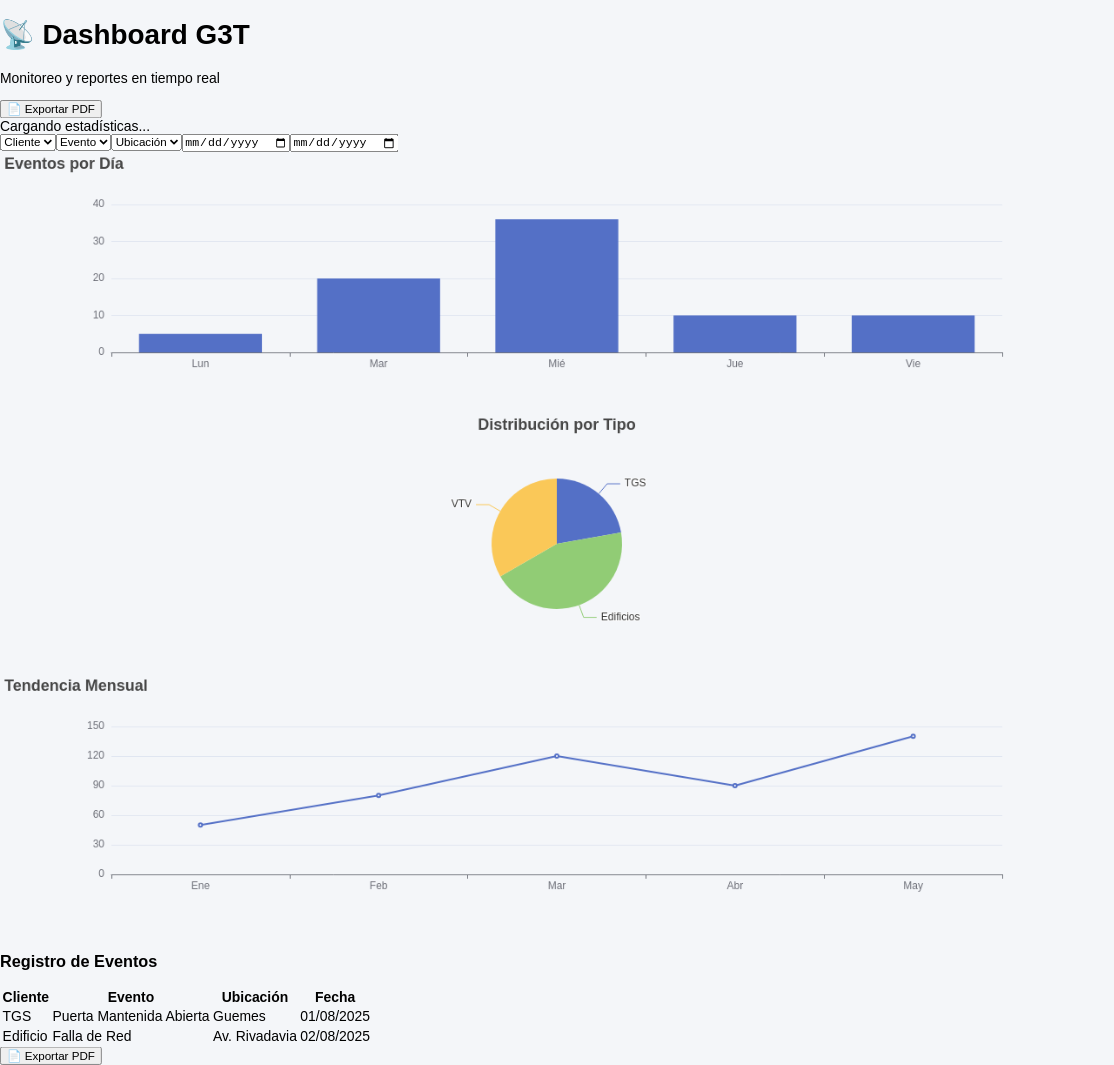
Repository: BBrian11/reportes
Page: /
These files come from the project's save history. The page is drawn as it stood at one moment and after the next save; the edit follows.
The browser window is 1280 px wide. The pictures show the whole page, at 87% of full size.
The project was rebuilt for these pictures with package versions that can differ from the ones it lists, and the page was loaded fresh each time. Also part of the build but not shown: vite.config.js, src/styles/form.css.

Above is the page before, as saved 2025-07-29 16:20:30.

After the next save:
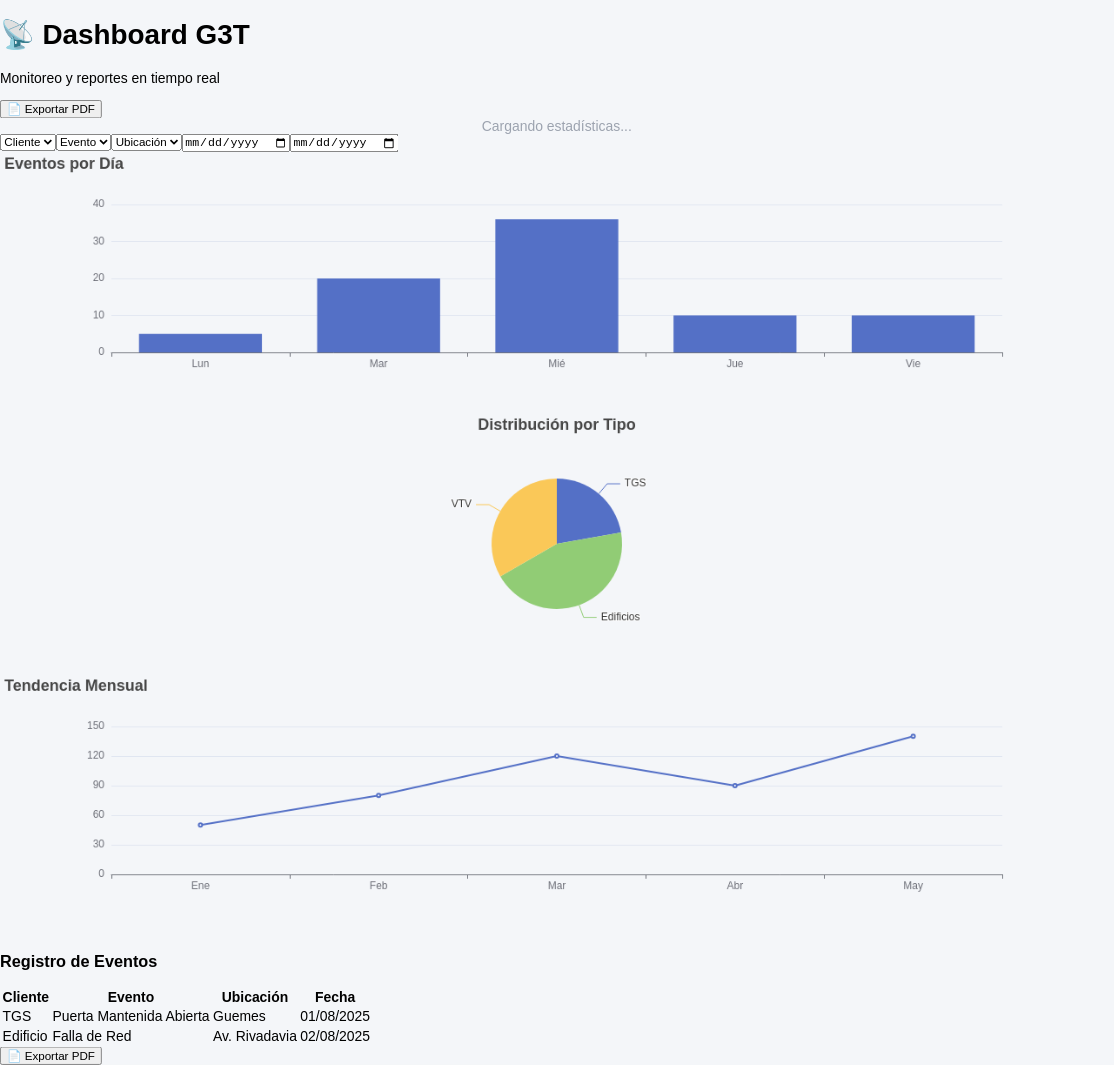
Saved 10 s later.
--- a/src/components/Dashboard/StatsCards.jsx
+++ b/src/components/Dashboard/StatsCards.jsx
@@ -1,11 +1,10 @@
 import React from "react";
+import "../../styles/statscards.css"; // Nuevo CSS
 
 export default function StatsCards({ eventos }) {
   if (!eventos || eventos.length === 0) {
     return (
-      <div className="flex justify-center items-center text-gray-500 mb-6 animate-pulse">
-        Cargando estadísticas...
-      </div>
+      <div className="loading-message">Cargando estadísticas...</div>
     );
   }
 
@@ -19,7 +18,6 @@
 
   const eventoMasFrecuente = Object.entries(eventCount).sort((a, b) => b[1] - a[1])[0][0];
   const ubicacionMasFrecuente = Object.entries(locationCount).sort((a, b) => b[1] - a[1])[0][0];
-
   const eventosCriticosLista = ["alarma", "puerta forzada", "coacción", "pánico", "intrusión", "robo"];
   const eventoCritico =
     eventos.find((e) =>
@@ -29,22 +27,20 @@
     )?.evento || "Sin Evento Crítico";
 
   const stats = [
-    { icon: "📊", title: "Evento más frecuente", value: eventoMasFrecuente, color: "text-blue-600 bg-blue-100" },
-    { icon: "📍", title: "Ubicación con más eventos", value: ubicacionMasFrecuente, color: "text-green-600 bg-green-100" },
-    { icon: "⚠", title: "Evento crítico detectado", value: eventoCritico, color: "text-red-600 bg-red-100" },
+    { icon: "📊", title: "Evento más frecuente", value: eventoMasFrecuente },
+    { icon: "📍", title: "Ubicación con más eventos", value: ubicacionMasFrecuente },
+    { icon: "⚠", title: "Evento crítico detectado", value: eventoCritico },
   ];
 
   return (
-    <div className="grid grid-cols-1 md:grid-cols-3 gap-6 mb-6">
+    <div className="stats-grid">
       {stats.map((stat, index) => (
-        <div key={index} className="bg-white rounded-xl shadow hover:shadow-lg transition p-6">
-          <div className="flex items-center gap-4 mb-3">
-            <div className={`w-12 h-12 flex items-center justify-center rounded-full ${stat.color}`}>
-              <span className="text-2xl">{stat.icon}</span>
-            </div>
-            <h4 className="text-gray-700 font-semibold">{stat.title}</h4>
+        <div key={index} className="stats-card">
+          <div className="stats-icon">{stat.icon}</div>
+          <div>
+            <p className="stats-title">{stat.title}</p>
+            <h2 className="stats-value">{stat.value}</h2>
           </div>
-          <h2 className="text-xl font-bold text-gray-900">{stat.value}</h2>
         </div>
       ))}
     </div>

After the 2 saves that followed:
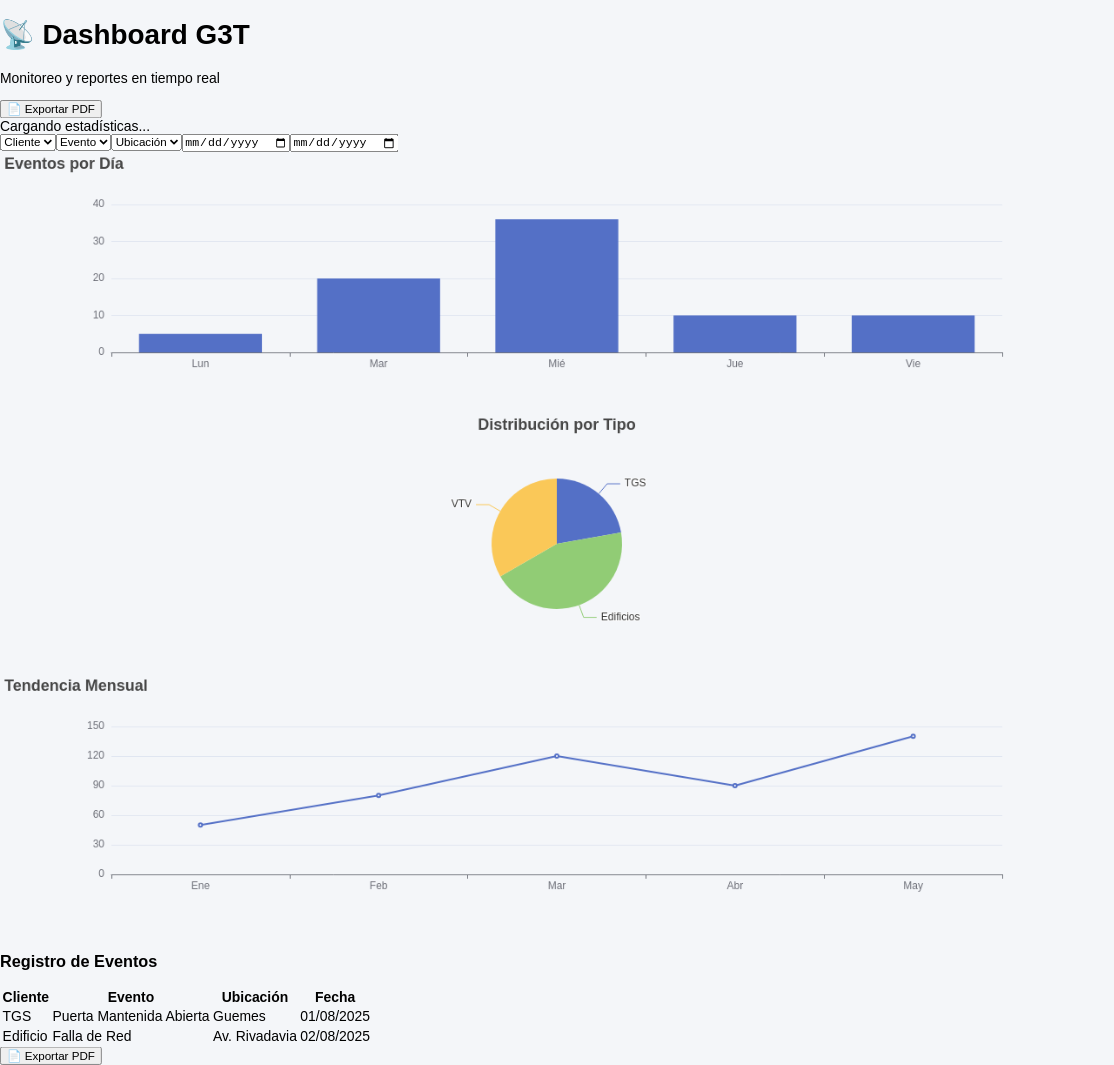
The 2 saves are shown as one change because 1 left the picture as it was.
The last was saved 3 min 51 s later.
--- a/src/components/Dashboard/StatsCards.jsx
+++ b/src/components/Dashboard/StatsCards.jsx
@@ -1,11 +1,9 @@
 import React from "react";
-import "../../styles/statscards.css"; // Nuevo CSS
+import "../../styles/statscards.css";
 
 export default function StatsCards({ eventos }) {
   if (!eventos || eventos.length === 0) {
-    return (
-      <div className="loading-message">Cargando estadísticas...</div>
-    );
+    return <div className="loading-message">Cargando estadísticas...</div>;
   }
 
   const eventCount = {};
@@ -18,6 +16,7 @@
 
   const eventoMasFrecuente = Object.entries(eventCount).sort((a, b) => b[1] - a[1])[0][0];
   const ubicacionMasFrecuente = Object.entries(locationCount).sort((a, b) => b[1] - a[1])[0][0];
+
   const eventosCriticosLista = ["alarma", "puerta forzada", "coacción", "pánico", "intrusión", "robo"];
   const eventoCritico =
     eventos.find((e) =>
--- a/src/styles/statscards.css
+++ b/src/styles/statscards.css
@@ -1,13 +1,19 @@
-.stats-grid {
+.section-title {
+    font-size: 1rem;
+    font-weight: bold;
+    margin-bottom: 16px;
+    color: #111827;
+  }
+
+  .stats-grid {
     display: grid;
     grid-template-columns: 1fr;
     gap: 20px;
-    margin-bottom: 20px;
   }
 
   @media (min-width: 768px) {
     .stats-grid {
-      grid-template-columns: repeat(3, 1fr);
+      grid-template-columns: repeat(2, 1fr);
     }
   }
 
@@ -28,7 +34,7 @@
   }
 
   .stats-icon {
-    font-size: 2rem;
+    font-size: 1.8rem;
     background: #f3f4f6;
     border-radius: 50%;
     width: 50px;
@@ -50,8 +56,22 @@
     color: #111827;
   }
 
-  .loading-message {
-    text-align: center;
-    font-size: 1rem;
-    color: #9ca3af;
+  .ranking-card {
+    margin-top: 20px;
+    background: #fff;
+    padding: 16px;
+    border-radius: 12px;
+    box-shadow: 0 4px 8px rgba(0,0,0,0.08);
   }
+
+  .ranking-card ul {
+    list-style: none;
+    padding: 0;
+  }
+
+  .ranking-card li {
+    display: flex;
+    justify-content: space-between;
+    padding: 6px 0;
+    font-size: 0.9rem;
+  }
